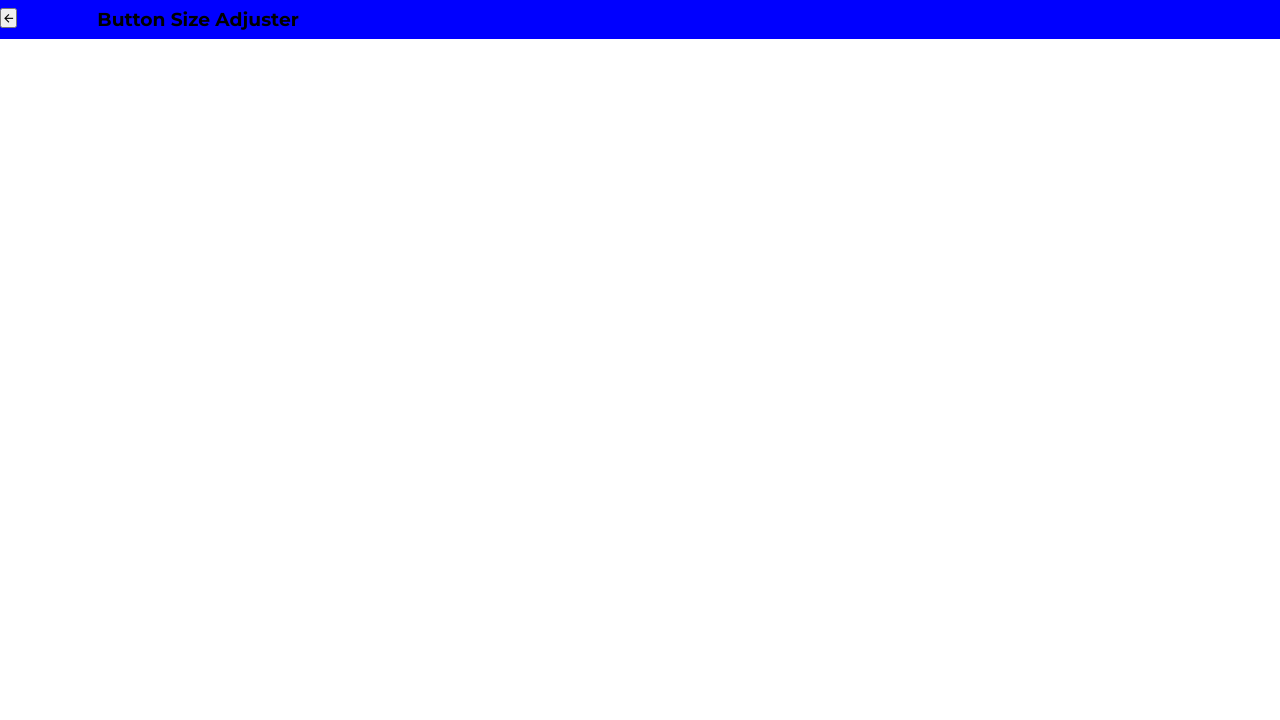
Repository: EguJaredoBoyd/Jared-Counter-App
Page: settings.html
The author's editor kept a copy of each file at every save. The page is drawn from the files as they stood at one save, then again after the next save.
The browser window is 1280 px wide. The pictures show the whole page.

Above is the page before, as saved 2025-12-03 15:06:37.
Console error: TypeError: Cannot set properties of null (setting 'textContent')

After the next save:
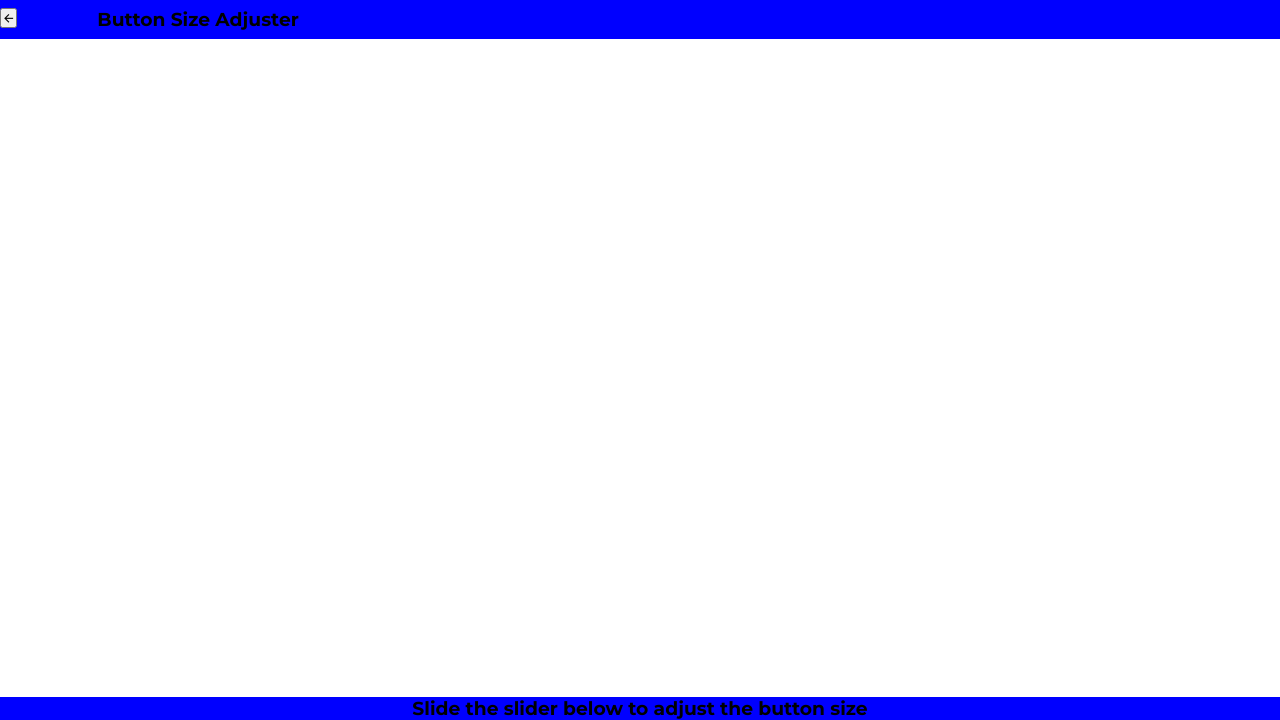
Saved 4 min 39 s later.
--- a/settings.html
+++ b/settings.html
@@ -23,6 +23,12 @@
         </div>
     </header>
 
+    <main>
+        <div>
+            <h3>Slide the slider below to adjust the button size</h3>
+        </div>
+    </main>
+
 </body>
 
 </html>
